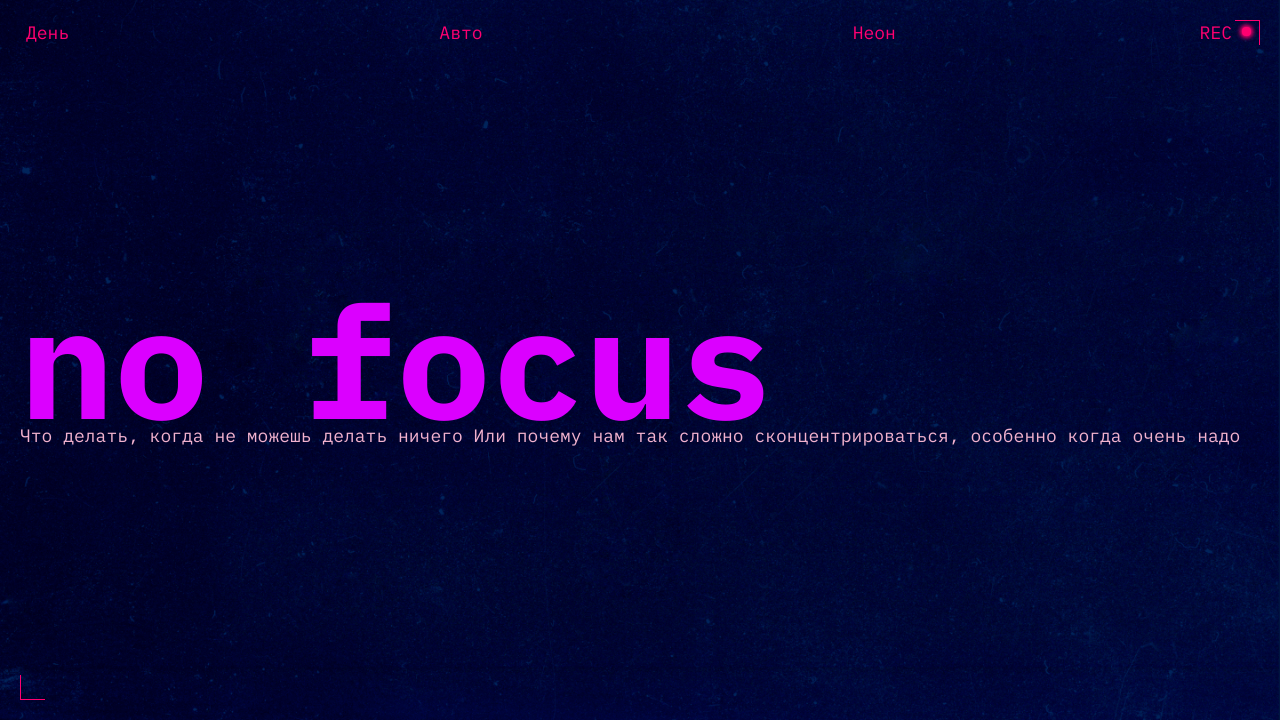
Repository: Hadoooouken/slozhno-sosredotochitsya
Page: index.html
The author's editor kept a copy of each file at every save. The page is drawn from the files as they stood at one save, then again after the next save.
The browser window is 1280 px wide. The pictures show the whole page.

Above is the page before, as saved 2024-01-20 16:54:01.

After the next save:
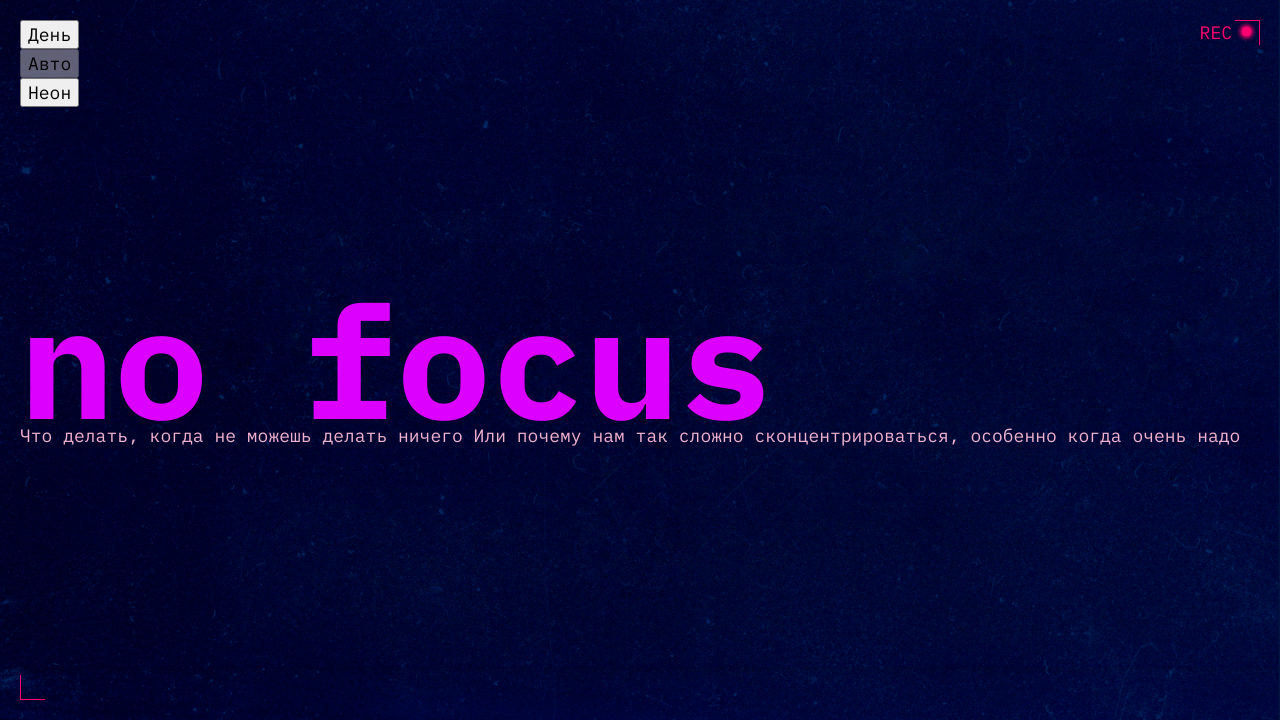
Saved 29 s later.
--- a/styles/style.css
+++ b/styles/style.css
@@ -86,22 +86,4 @@
 
 
 
-
-.header__theme-menu-list {
-  display: grid;
-  grid-template-columns: 1fr 1fr 1fr;
-
-
 }
-
-.header__theme-menu-item {
-
-
-}
-
-.header__theme-menu-button {
-  background-color: transparent;
-  color: var(--section-title);
-  border: none;
-
-}

After the save that followed:
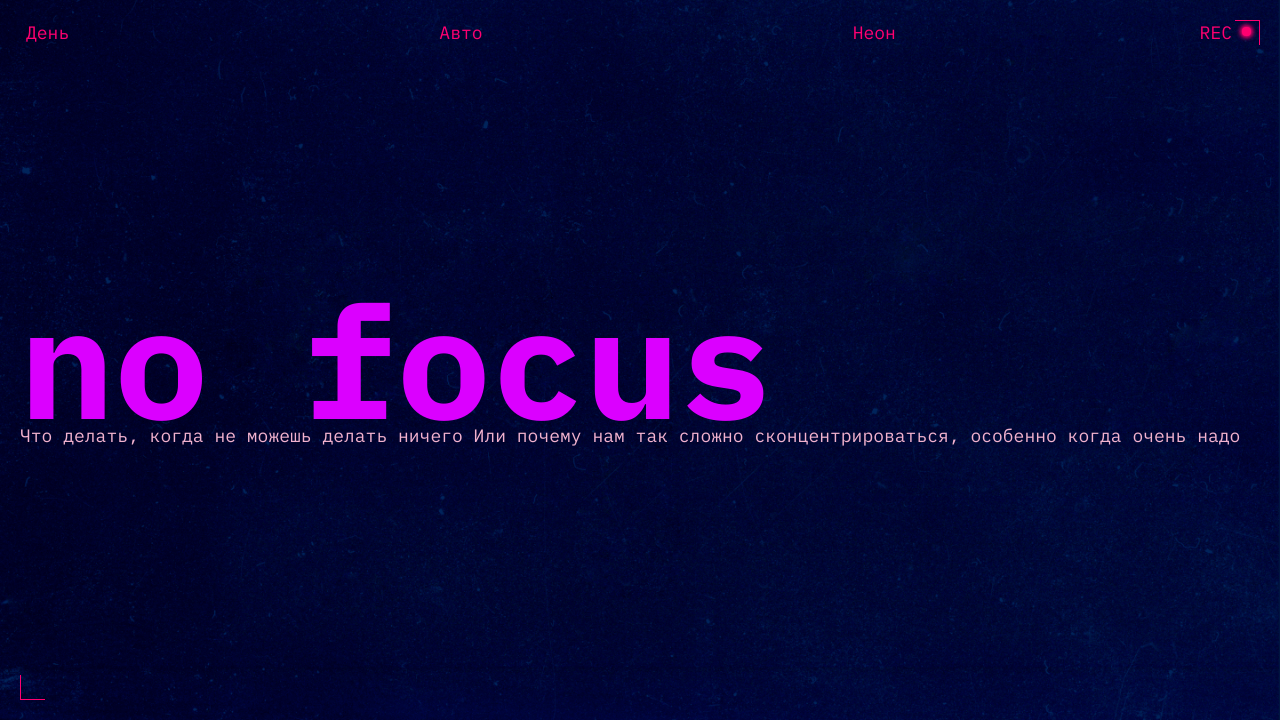
Saved 6 s later.
--- a/styles/style.css
+++ b/styles/style.css
@@ -86,4 +86,22 @@
 
 
 
+
+.header__theme-menu-list {
+  display: grid;
+  grid-template-columns: 1fr 1fr 1fr;
+
+
 }
+
+.header__theme-menu-item {
+
+
+}
+
+.header__theme-menu-button {
+  background-color: transparent;
+  color: var(--section-title);
+  border: none;
+
+}
